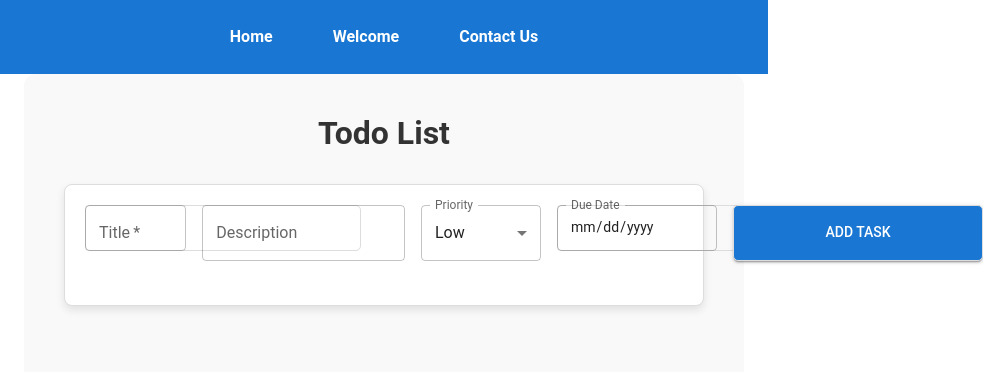
Repository: HPNChanel/Todo-List-Web-App
Page: / (app in frontend/todolist/)
An editor plug-in stored every save of this project. The page is shown before and after the next save, followed by the edit.
The browser window is 768 px wide. The page is 983 px wide, so the pictures cover 983 px, including what lies to the right of the window. The pictures show the whole page.
The page's requests for data from a server got no answer. The project was rebuilt for these pictures with package versions that can differ from the ones it lists, and the page was loaded fresh each time. No one was signed in, and anything a server would have sent is missing. Also part of the build but not shown: frontend/todolist/src/styles/TaskItem.css, frontend/todolist/src/components/TaskItem.js, frontend/todolist/src/styles/WelcomePage.css, frontend/todolist/src/pages/WelcomePage.js, frontend/todolist/src/styles/NotFound.css, frontend/todolist/src/pages/NotFound.js. Imported but missing from the stored project, and not drawn on this page: frontend/todolist/src/components/ContactUs.

Above is the page before, as saved 2024-11-05 10:12:04.

### frontend/todolist/src/App.js
// src/App.js
import React from 'react';
import { BrowserRouter as Router, Routes, Route } from 'react-router-dom';
import { TaskProvider } from './contexts/TaskContext';
import TaskList from './components/TaskList';
import NavBar from './components/NavBar';
import WelcomePage from './pages/WelcomePage';
import ContactUs from './components/ContactUs';
import { Container, CssBaseline, ThemeProvider, createTheme } from '@mui/material';
import NotFound from './pages/NotFound';

const theme = createTheme({
    palette: {
        primary: {
            main: '#1976d2',
        },
        secondary: {
            main: '#f50057',
        },
    },
    typography: {
        fontFamily: 'Roboto, Arial, sans-serif',
    },
});

function App() {
    return (
        <ThemeProvider theme={theme}>
            <CssBaseline />
            <TaskProvider>
                <Router>
                    <NavBar />
                    <Container>
                        <Routes>
                            <Route path="/" element={<TaskList />} />
                            <Route path="/welcome" element={<WelcomePage />} />
                            <Route path="/contact" element={<ContactUs />} />
                            <Route path="*" element={<NotFound />} />
                        </Routes>
                    </Container>
                </Router>
            </TaskProvider>
        </ThemeProvider>
    );
}

export default App;

### frontend/todolist/src/contexts/TaskContext.js
import React, { createContext, useState, useEffect } from 'react';
import { getTasks, createTask, updateTask, deleteTask } from '../api/TaskApi';

export const TaskContext = createContext();

export const TaskProvider = ({ children }) => {
  const [tasks, setTasks] = useState([]);

  useEffect(() => {
    fetchTasks();
  }, []);

  const fetchTasks = async () => {
    const data = await getTasks();
    setTasks(data);
  };

  const addTask = async (task) => {
    const newTask = await createTask(task);
    setTasks([...tasks, newTask]);
  };

  const editTask = async (id, updatedTask) => {
    const task = await updateTask(id, updatedTask);
    setTasks(tasks.map((t) => (t.id === task.id ? task : t)));
  };

  const removeTask = async (id) => {
    await deleteTask(id);
    setTasks(tasks.filter((t) => t.id !== id));
  };

  return (
    <TaskContext.Provider value={{ tasks, addTask, editTask, removeTask }}>
      {children}
    </TaskContext.Provider>
  );
};

### frontend/todolist/src/components/TaskList.js
// src/components/TaskList.js
import React, { useState } from 'react';
import { Grid, Typography } from '@mui/material';
import TaskItem from './TaskItem';
import TaskForm from './TaskForm';
import useTasks from '../hooks/useTasks';
import '../styles/TaskList.css';

function TaskList() {
    const { tasks } = useTasks();
    const [taskToEdit, setTaskToEdit] = useState(null);

    const handleEdit = (task) => {
        setTaskToEdit(task);
    };

    const clearTaskToEdit = () => {
        setTaskToEdit(null);
    };

    return (
        <div className="task-list">
            <Typography variant="h4" gutterBottom>Todo List</Typography>
            <TaskForm taskToEdit={taskToEdit} clearTaskToEdit={clearTaskToEdit} />
            <Grid container spacing={2} className="task-grid">
                {tasks.map((task) => (
                    <Grid item xs={12} sm={6} md={4} key={task.id}>
                        <TaskItem task={task} onEdit={handleEdit} />
                    </Grid>
                ))}
            </Grid>
        </div>
    );
}

export default TaskList;

### frontend/todolist/src/components/NavBar.js
// src/components/NavBar.js
import React from 'react';
import { Link } from 'react-router-dom';
import '../styles/NavBar.css';

const NavBar = () => (
    <nav className="nav-bar">
        <Link to="/">Home</Link>
        <Link to="/welcome">Welcome</Link>
        <Link to="/contact">Contact Us</Link>
    </nav>
);

export default NavBar;

### frontend/todolist/src/api/TaskApi.js
import axios from 'axios';

const API_URL = 'http://localhost:8000/api/tasks/';

//* Declare API Function for tasks

export const getTasks = async () => {
  const response = await axios.get(API_URL);
  return response.data;
};

export const createTask = async (task) => {
  const response = await axios.post(API_URL, task);
  return response.data;
};

export const updateTask = async (id, task) => {
  const response = await axios.put(`${API_URL}${id}/`, task)
  return response.data;
};

export const deleteTask = async (id) => {
  await axios.delete(`${API_URL}${id}/`)
}

### frontend/todolist/src/components/TaskForm.js
// src/components/TaskForm.js
import React, { useState, useEffect } from 'react';
import { TextField, Button, MenuItem, Box } from '@mui/material';
import { motion } from 'framer-motion';
import useTasks from '../hooks/useTasks';
import '../styles/TaskForm.css';

function TaskForm({ taskToEdit, clearTaskToEdit }) {
    const { addTask, editTask } = useTasks();
    const [title, setTitle] = useState(taskToEdit?.title || '');
    const [description, setDescription] = useState(taskToEdit?.description || '');
    const [priority, setPriority] = useState(taskToEdit?.priority || 1);
    const [dueDate, setDueDate] = useState(taskToEdit?.due_date || '');

    useEffect(() => {
        if (taskToEdit) {
            setTitle(taskToEdit.title);
            setDescription(taskToEdit.description);
            setPriority(taskToEdit.priority);
            setDueDate(taskToEdit.due_date);
        }
    }, [taskToEdit]);

    const handleSubmit = (e) => {
        e.preventDefault();
        const taskData = { title, description, priority, due_date: dueDate };
        if (taskToEdit) {
            editTask(taskToEdit.id, taskData);
            clearTaskToEdit();
        } else {
            addTask(taskData);
        }
        setTitle('');
        setDescription('');
        setPriority(1);
        setDueDate('');
    };

    return (
        <motion.div
            className="task-form"
            initial={{ opacity: 0, y: -20 }}
            animate={{ opacity: 1, y: 0 }}
            transition={{ duration: 0.5 }}
        >
            <Box component="form" onSubmit={handleSubmit} sx={{ display: 'flex', gap: 2, mb: 3 }}>
                <TextField
                    label="Title"
                    variant="outlined"
                    value={title}
                    onChange={(e) => setTitle(e.target.value)}
                    required
                    sx={{ flex: 1 }}
                />
                <TextField
                    label="Description"
                    variant="outlined"
                    multiline
                    maxRows={4}
                    value={description}
                    onChange={(e) => setDescription(e.target.value)}
                    sx={{ flex: 2 }}
                />
                <TextField
                    select
                    label="Priority"
                    variant="outlined"
                    value={priority}
                    onChange={(e) => setPriority(e.target.value)}
                    sx={{ width: 120 }}
                >
                    <MenuItem value={1}>Low</MenuItem>
                    <MenuItem value={2}>Medium</MenuItem>
                    <MenuItem value={3}>High</MenuItem>
                </TextField>
                <TextField
                    label="Due Date"
                    type="date"
                    InputLabelProps={{ shrink: true }}
                    value={dueDate}
                    onChange={(e) => setDueDate(e.target.value)}
                    sx={{ width: 160 }}
                />
                <Button type="submit" variant="contained" color="primary">
                    {taskToEdit ? "Update Task" : "Add Task"}
                </Button>
            </Box>
        </motion.div>
    );
}

export default TaskForm;

### frontend/todolist/src/hooks/useTasks.js
import { useContext } from "react";
import { TaskContext } from "../contexts/TaskContext";

const useTasks = () => {
  return useContext(TaskContext);
};

export default useTasks;

### frontend/todolist/src/styles/TaskList.css
.task-list {
  padding: 40px;
  background-color: #f9f9f9;
  border-radius: 12px;
  margin: auto;
  box-sizing: border-box;
}

.task-list h4 {
  text-align: center;
  margin-bottom: 30px;
  font-size: 2em;
  color: #333;
  font-weight: bold;
}

.task-list .task-grid {
  display: grid;
  grid-template-columns: repeat(auto-fill, minmax(300px, 1fr));
  gap: 20px; /* Tăng khoảng cách giữa các card */
  justify-items: center;
  padding: 10px;
  box-sizing: border-box;
}

@media (max-width: 768px) {
  .task-list .task-grid {
      grid-template-columns: 1fr; /* Đổi thành 1 cột trên màn hình nhỏ */
  }
}

### frontend/todolist/src/styles/NavBar.css
.nav-bar {
  display: flex;
  justify-content: center;
  gap: 20px;
  padding: 15px 0;
  background-color: #1976d2;
  color: white;
}

.nav-bar a {
  color: white;
  text-decoration: none;
  font-weight: bold;
  padding: 10px 20px;
  border-radius: 5px;
  transition: background-color 0.3s ease;
}

.nav-bar a:hover {
  background-color: #0056b3;
}

### frontend/todolist/src/styles/TaskForm.css
.task-form {
  display: flex;
  flex-wrap: wrap;
  gap: 15px;
  margin-bottom: 30px;
  padding: 20px;
  border: 1px solid #ddd;
  border-radius: 8px;
  background-color: #ffffff;
  box-shadow: 0 4px 8px rgba(0, 0, 0, 0.1);
  width: 100%; /* Sử dụng toàn bộ chiều rộng có sẵn */
  box-sizing: border-box;
  justify-content: space-between;
}

.task-form input,
.task-form select,
.task-form button {
  padding: 12px;
  border-radius: 5px;
  border: 1px solid #ddd;
  font-size: 14px;
  flex: 1;
  min-width: 250px; /* Tối thiểu 250px để có không gian nhập đủ */
}

.task-form button {
  background-color: #1976d2;
  color: white;
  cursor: pointer;
  transition: background-color 0.3s ease;
  flex: 0 0 auto;
}

.task-form button:hover {
  background-color: #0056b3;
}

@media (max-width: 768px) {
  .task-form {
      flex-direction: column; /* Hiển thị dạng cột trên màn hình nhỏ */
      align-items: stretch;
  }
}

Loaded but not shown: frontend/todolist/public/index.html (common file); frontend/todolist/src/index.js (common file); frontend/todolist/src/index.css (common file); frontend/todolist/tailwind.config.js (common file)

After the next save:
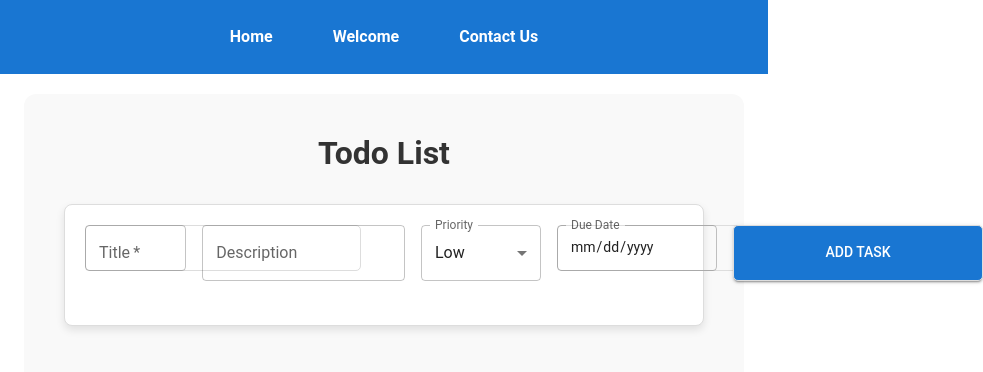
Saved 6 s later.
--- a/frontend/todolist/src/styles/TaskList.css
+++ b/frontend/todolist/src/styles/TaskList.css
@@ -2,7 +2,8 @@
   padding: 40px;
   background-color: #f9f9f9;
   border-radius: 12px;
-  margin: auto;
+  width: 100%; /* Sử dụng toàn bộ chiều rộng */
+  margin: 20px auto;
   box-sizing: border-box;
 }
 
@@ -16,15 +17,15 @@
 
 .task-list .task-grid {
   display: grid;
-  grid-template-columns: repeat(auto-fill, minmax(300px, 1fr));
-  gap: 20px; /* Tăng khoảng cách giữa các card */
-  justify-items: center;
+  grid-template-columns: repeat(auto-fill, minmax(280px, 1fr));
+  gap: 20px;
+  justify-items: stretch; /* Giãn ra toàn bộ không gian */
   padding: 10px;
   box-sizing: border-box;
 }
 
 @media (max-width: 768px) {
   .task-list .task-grid {
-      grid-template-columns: 1fr; /* Đổi thành 1 cột trên màn hình nhỏ */
+      grid-template-columns: 1fr; /* Hiển thị 1 cột trên màn hình nhỏ */
   }
 }
